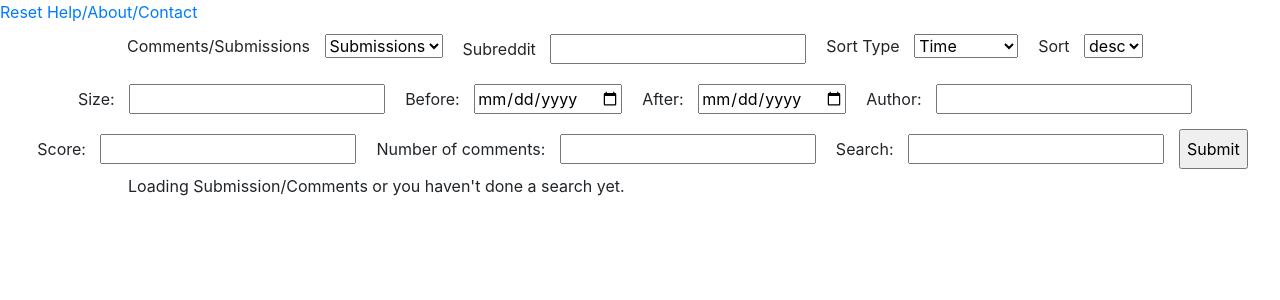
Repository: ihsoyCT/ctarchive
Page: dist/index.html
The author's editor kept a copy of each file at every save. The page is drawn from the files as they stood at one save, then again after the next save.
The browser window is 1280 px wide. The pictures show the whole page.

Above is the page before, as saved 2022-05-03 17:25:04.

### dist/index.html
<!DOCTYPE html>
<html>
  <head>
    <title>Reddit Archive</title>
    <style>
      .children {
        margin-left: 20px;
      }
      .score {
        margin-top: auto;
        margin-bottom: auto; /* width: 20px; */
        padding-left: 8px; /* align-items: center; */ /* justify-content: center; */ /* align-self: center; */
        width: 2%;
      }

      .submissionclass {
        height: auto;
        background-color: lightgray;
        margin: 20px 0px 20px 0px;
        display: flex;
      }

      .main {
        margin-left: 10px;
      }

      .thumbnail {
        /* FLOAT: right; */
        margin-left: auto;
      }

      div#content {
        width: 80%;
        margin: auto;
      }

      #submission a {
        font-size: 10px;
      }

      #submission .post a {
        font-size: 1rem;
      }

      #orhans {
        background-color: red;
      }

      .posted {
        font-size: 10px;
      }
      .thumbnail img {
        max-width: 400px;
      }
      h3 {
        margin: 0;
      }
      p.comment_title {
        font-size: 10px;
      }

      .post {
        background-color: lightgrey;
        border: solid;
        border-width: 1px;
        margin-bottom: 5px;
        font-size: 1rem;
      }

      .post_highlight {
        background-color: rgb(87, 131, 87);
        border: solid;
        border-width: 1px;
        margin-bottom: 5px;
        font-size: 1rem;
      }

      .searchFlex {
        display: flex;
        flex-wrap: wrap;
        justify-content: center;
      }
      .searchFlex * {
        margin: 5px;
      }
      /*

      .break {
        flex-basis: 100%;
        height: 0;
      }*/
    </style>
    <link
      rel="stylesheet"
      href="https://stackpath.bootstrapcdn.com/bootstrap/4.5.0/css/bootstrap.min.css"
      integrity="sha384-9aIt2nRpC12Uk9gS9baDl411NQApFmC26EwAOH8WgZl5MYYxFfc+NcPb1dKGj7Sk"
      crossorigin="anonymous"
    />
    <script
      src="https://code.jquery.com/jquery-3.5.1.slim.min.js"
      integrity="sha384-DfXdz2htPH0lsSSs5nCTpuj/zy4C+OGpamoFVy38MVBnE+IbbVYUew+OrCXaRkfj"
      crossorigin="anonymous"
    ></script>
    <script
      src="https://cdn.jsdelivr.net/npm/popper.js@1.16.0/dist/umd/popper.min.js"
      integrity="sha384-Q6E9RHvbIyZFJoft+2mJbHaEWldlvI9IOYy5n3zV9zzTtmI3UksdQRVvoxMfooAo"
      crossorigin="anonymous"
    ></script>
    <script
      src="https://stackpath.bootstrapcdn.com/bootstrap/4.5.0/js/bootstrap.min.js"
      integrity="sha384-OgVRvuATP1z7JjHLkuOU7Xw704+h835Lr+6QL9UvYjZE3Ipu6Tp75j7Bh/kR0JKI"
      crossorigin="anonymous"
    ></script>
  </head>
  <div class="error" id="error"></div>
  <div class="left">
    <a href="./index.html" id="back">Reset</a>
    <a href="./about.html" id="back">Help/About/Contact</a>
    <div id="searchform">
      <form id="search_form">
        <div class="searchFlex">
          <label for="mode">
            <span class="label">Comments/Submissions</span>
            <select id="mode" name="mode">
              <option value="submissions">Submissions</option>
              <option value="comments">Comments</option>
            </select>
          </label>
          <label for="subreddit">
            <span class="label">Subreddit </span>
            <input type="text" name="subreddit" id="subreddit" />
          </label>
          <label for="sort_type">
            <span class="label">Sort Type</span>
            <select name="sort_type" id="sort_type">
              <option value="created_utc">Time</option>
              <option value="score">Score</option>
              <option value="num_comments">Comments</option>
            </select>
          </label>
          <label for="sort">
            <span class="label">Sort</span>
            <select name="sort" id="sort">
              <option value="desc">desc</option>
              <option value="asc">asc</option>
            </select>
          </label>
          <div class="break"></div>
          <label for="size">
            <span class="label">Size:</span>
            <input type="text" name="size" id="size" />
          </label>
          <label for="before">
            <span class="label">Before:</span>
            <input type="date" name="before" id="before" />
          </label>
          <label for="after">
            <span class="label">After:</span>
            <input type="date" name="after" id="after" />
          </label>
          <label for="author">
            <span class="label">Author:</span>
            <input type="text" name="author" id="author" />
          </label>
          <div class="break"></div>
          <label for="score">
            <span class="label">Score:</span>
            <input type="text" name="score" id="score" />
          </label>
          <label for="num_comments">
            <span class="label">Number of comments:</span>
            <input type="text" name="num_comments" id="num_comments" />
          </label>
          <label for="q">
            <span class="label">Search:</span>
            <input type="text" name="q" id="q" />
          </label>
          <input type="submit" />
        </div>
      </form>
    </div>
  </div>
  <div id="status"></div>
  <div id="content"></div>
  <div id="orphans"></div>
  <body>
    <script src="index.js"></script>
  </body>
</html>

Loaded but not shown: dist/index.js (library)

After the next save:
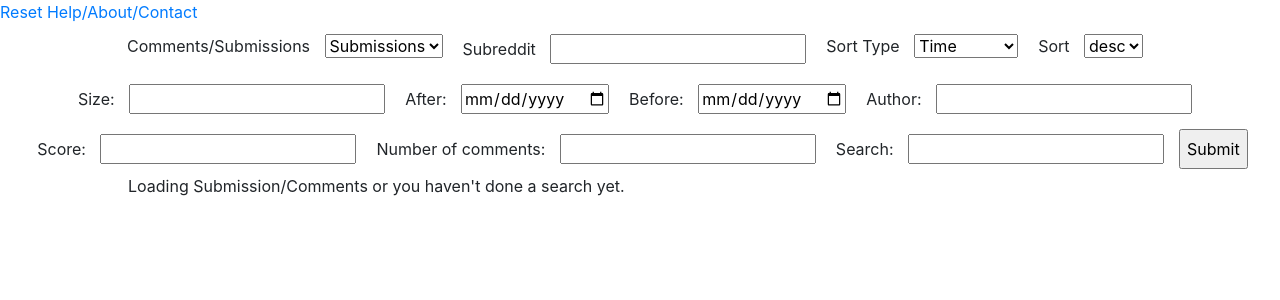
Saved 18 s later.
--- a/dist/index.html
+++ b/dist/index.html
@@ -150,13 +150,13 @@
             <span class="label">Size:</span>
             <input type="text" name="size" id="size" />
           </label>
+          <label for="after">
+            <span class="label">After:</span>
+            <input type="date" name="after" id="after" />
+          </label>
           <label for="before">
             <span class="label">Before:</span>
             <input type="date" name="before" id="before" />
-          </label>
-          <label for="after">
-            <span class="label">After:</span>
-            <input type="date" name="after" id="after" />
           </label>
           <label for="author">
             <span class="label">Author:</span>
